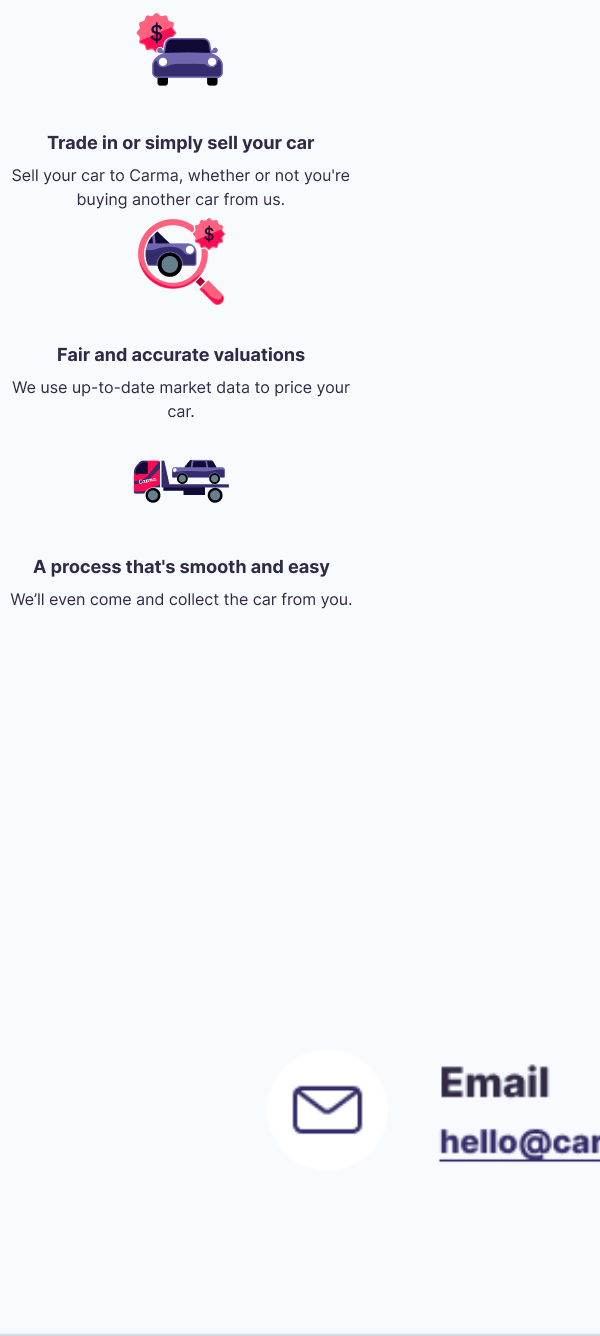
Repository: KHANas02/project
Page: index.html
An editor plug-in stored every save of this project. The page is shown before and after the next save, followed by the edit.
The browser window is 600 px wide. The pictures show the part of the page from y = 500 to 1836 px (the page is 1836 px tall before and 1436 px after).

Above is the page before, as saved 2024-03-31 21:43:42.

### index.html
<!DOCTYPE html>
<html lang="en">
  <head>
    <meta charset="UTF-8" />
    <meta name="viewport" content="width=device-width, initial-scale=1.0" />
    <title>by_me</title>
  </head>
  <link rel="stylesheet" href="./style.css" />
  <link rel="stylesheet" href="./media.css" />
  <body>
    <div class="div1">
      <div class="section1">
        <div class="section1text">
          <b
            >Sell or trade in your <br />
            car with us</b
          >
          <br />
          <br />

          <img src="Section.png" alt="" class="section1photo" />
        </div>
      </div>
    </div>
    <div class="seciton2">
      <div class="seciton2img1">
        <img src="div img1.png" alt="" />
      </div>
      <div class="seciton2img2">
        <img src="div (2).png" alt="" class="section2img2" />
      </div>
      <div class="seciton2img3">
        <img src="div (3).png" alt="" />
      </div>
    </div>

<div class="footer">
  <!-- <img src="Footer.png" alt="" class="footer1"> -->
</div>

  </body>
</html>

### style.css
.section1 {
  width: 100%;
  height: 500px;
  background-image: url(https://s3-alpha-sig.figma.com/img/86fe/255f/e03f2da3b25937c8cb1c2a74028eb3ad?Expires=1712534400&Key-Pair-Id=APKAQ4GOSFWCVNEHN3O4&Signature=pn~z3YThs1wl5Y0Wfhk~03bT84deIkKZy~~ViNb8p7GILtPJxnwJ3nbUUL65ldgiivaH30h7trtS2bEDOwae8yvul9GAZ-YMWeTW7EMM~Ei84BmvK2UWqeqftqZm0PMWPqpVA1lGNVhbxGvyrhY1iEYltm7p5t9OfBln-ZTisd6695e97gCmaWRLMnVwUO5fQ3CYvWKElSl3uRAL2laEn7uDtpQqVEruZXj8KgVYJyjMAWXe~4EXdGHynypWnZdDh958Cdy4LaHzdezNt~HSDZKrSe6S-PqvEwvXFK1EjV-My8TTX0KLEncR6UDPFA5N1mDHXqqrj2ecqQoQMWxfog__);
  background-repeat: no-repeat;
  background-size: cover;
  margin: 0 auto;
}
.section1text {
  font-family: Inter;
  font-size: 30px;
  font-weight: 700;
  line-height: 40px;
  text-align: center;
  color: aliceblue;
  position: relative;
  top: 60px;
}

.section1photo {
  width: 300px;
  height: 300px;
  position: relative;
  top: -15px;
  margin: 0 auto;
}
.section2 {
  display: flex;
  align-items: center;
  justify-content: center;
}
.section3img {
  width: 100%;
  height: 400px;
}
body {
  background-color: #f8fbfe;
  margin: 0 auto;
}
.footer {
  background-image: url(Footer.png);
  width: 100%;
  height: 400px;
  background-repeat: no-repeat;
}

### media.css
@media screen and (min-width: 425px) and (max-width: 767px) {
  img {
    display: flex;
    align-items: center;
    justify-content: center;
  }
  .img {
    width: 60%;
    height: auto;
  }
  .footer {
    width: 100%;
    height: 700px;

    background-image: url(footer2.png);
    background-repeat: no-repeat;
    background-size: cover;
    margin: 0 auto;
  }
}

After the next save:
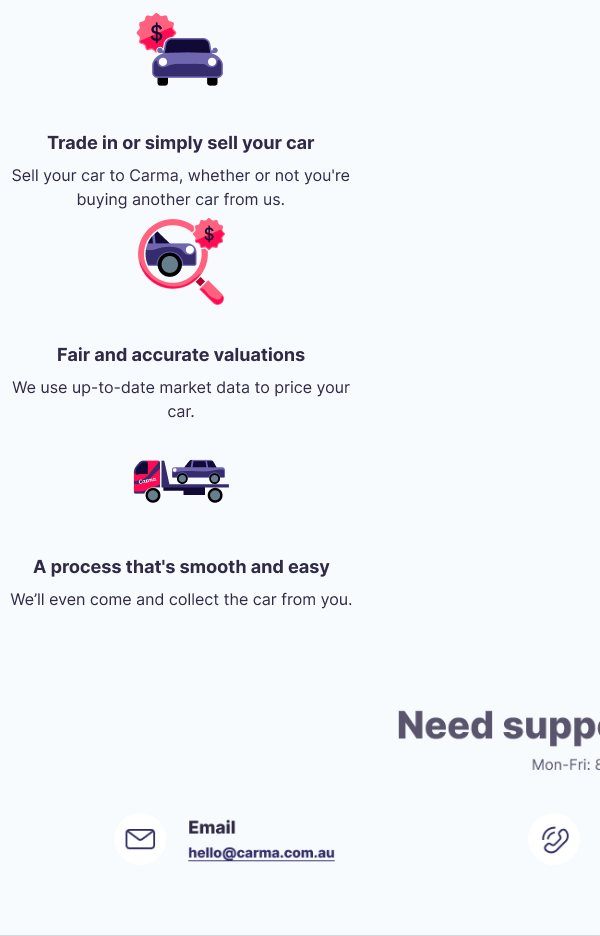
Saved 13 s later.
--- a/media.css
+++ b/media.css
@@ -10,7 +10,7 @@
   }
   .footer {
     width: 100%;
-    height: 700px;
+    height: 300px;
 
     background-image: url(footer2.png);
     background-repeat: no-repeat;
